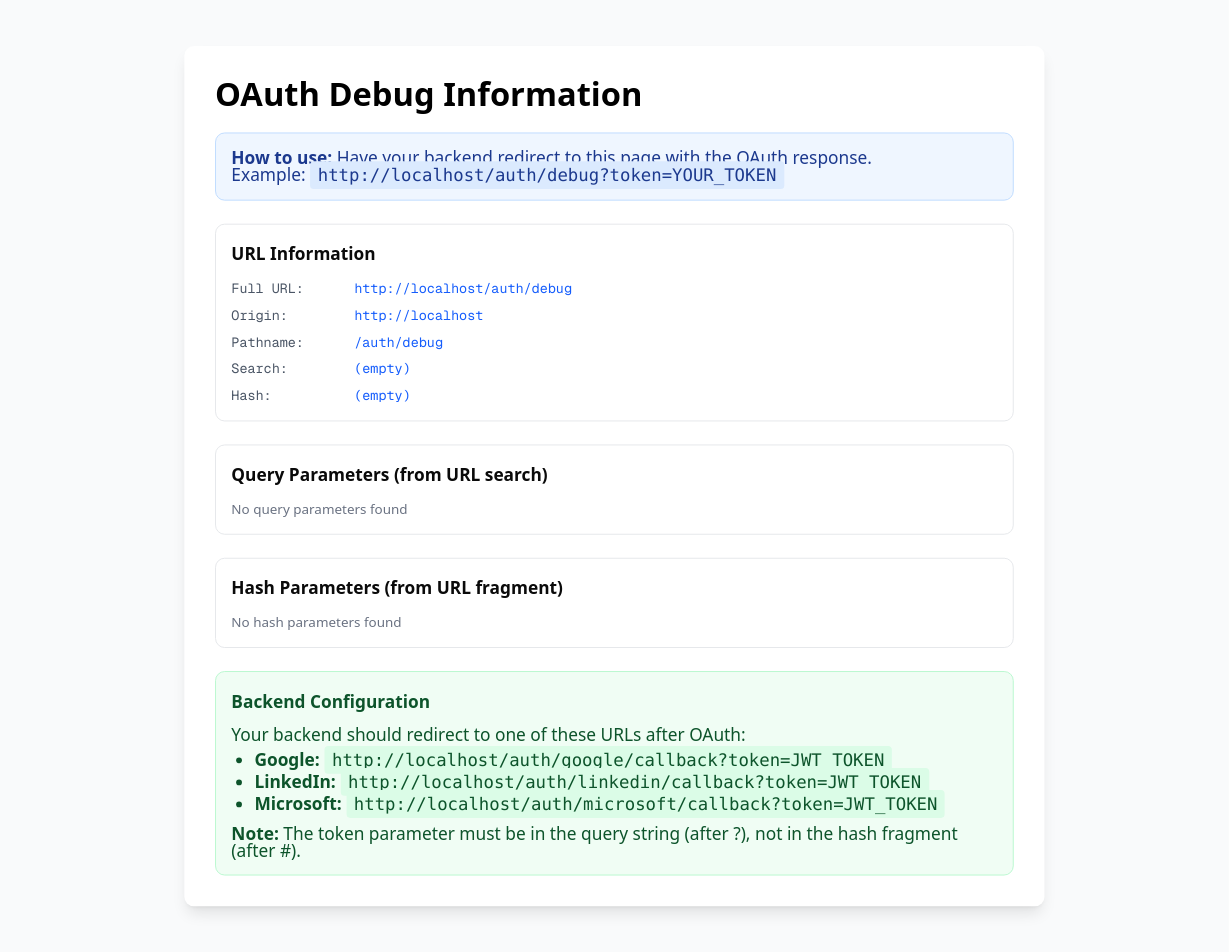
Repository: VeriTalent-Organization/VeriTalent
Page: /auth/debug
The author's editor kept a copy of each file at every save. The page is drawn from the files as they stood at one save, then again after the next save.
The browser window is 1280 px wide. The pictures show the whole page, at 96% of full size.
The project was rebuilt for these pictures with package versions that can differ from the ones it lists, and the page was loaded fresh each time. The framework's server and built-in components were replaced by stand-ins that run in the browser. Also part of the build but not shown: next.config.ts.

Above is the page before, as saved 2025-12-05 13:06:23.

### app/layout.tsx
import type { Metadata } from "next";
import { Geist, Geist_Mono } from "next/font/google";
import "./globals.css";

const geistSans = Geist({
  variable: "--font-geist-sans",
  subsets: ["latin"],
});

const geistMono = Geist_Mono({
  variable: "--font-geist-mono",
  subsets: ["latin"],
});

export const metadata: Metadata = {
  title: {
    default: "VeriTalent - AI-Powered Talent Screening & Verified Career Profiles",
    template: "%s | VeriTalent",
  },
  description:
    "VeriTalent helps employers hire faster, reduce bias, and select the right candidates with intelligent screening and AI-driven insights. Empower talents to showcase verified career profiles enriched with actionable growth intelligence.",
  keywords: "talent screening, AI hiring, reduce bias recruiting, verified profiles, career growth intelligence, employer tools",
  authors: [{ name: "VeriTalent" }],
  openGraph: {
    title: "VeriTalent - Intelligent Hiring & Talent Empowerment",
    description:
      "Hire faster with AI insights and empower talents with verified profiles.",
    type: "website",
    locale: "en_US",
    siteName: "VeriTalent",
  },
  twitter: {
    card: "summary_large_image",
    title: "VeriTalent",
    description:
      "AI-driven hiring and verified talent profiles for faster, fairer recruitment.",
  },
  robots: {
    index: true,
    follow: true,
  },
};

export default function RootLayout({
  children,
}: Readonly<{
  children: React.ReactNode;
}>) {
  return (
    <html lang="en">
      <head>
        {/* Essential for mobile responsiveness (SEO ranking factor) */}
        <meta name="viewport" content="width=device-width, initial-scale=1" />

        {/* Favicon (add your own files) */}
        <link rel="icon" href="/favicon.ico" />
        <link rel="apple-touch-icon" href="/apple-touch-icon.png" />

        {/* Optional: Canonical URL to avoid duplicates */}
        <link rel="canonical" href="https://www.veritalent.com" />
      </head>
      <body
        className={`${geistSans.variable} ${geistMono.variable} antialiased`}
        suppressHydrationWarning // Optional: Suppresses warnings from font loading
      >
        {/* Optional accessibility enhancement: Skip link (improves keyboard navigation & indirect SEO) */}
        <a href="#main-content" className="sr-only focus:not-sr-only">
          Skip to main content
        </a>

        {children}

        {/* If you have a main content wrapper in pages, id="main-content" there */}
      </body>
    </html>
  );
}

### app/auth/debug/page.tsx
'use client';

import { useSearchParams } from 'next/navigation';
import { Suspense } from 'react';
import { Text } from '@/components/reuseables/text';

export const dynamic = 'force-dynamic';

/**
 * OAuth Debug Page
 *
 * This page helps debug OAuth callback issues by showing all URL parameters
 * and fragments received. Use this to verify what the backend is sending.
 *
 * Access: /auth/debug
 */
function OAuthDebugContent() {
  const searchParams = useSearchParams();

  // Compute debug info directly during render - no effects needed
  const debugInfo = typeof window !== 'undefined' ? {
    fullUrl: window.location.href,
    origin: window.location.origin,
    pathname: window.location.pathname,
    search: window.location.search,
    hash: window.location.hash,
    searchParams: Object.fromEntries(searchParams.entries()),
    hashParams: Object.fromEntries(new URLSearchParams(window.location.hash.substring(1)).entries()),
  } : null;

  return (
    <div className="min-h-screen bg-gray-50 py-12 px-4">
      <div className="max-w-4xl mx-auto bg-white rounded-lg shadow-lg p-8">
        <Text variant="Heading" as="h1" className="mb-6 text-2xl">
          OAuth Debug Information
        </Text>

        <div className="space-y-6">
          {/* Instructions */}
          <div className="bg-blue-50 border border-blue-200 rounded-lg p-4">
            <Text variant="SubText" className="text-sm text-blue-900">
              <strong>How to use:</strong> Have your backend redirect to this page with the OAuth response.
              <br />
              Example: <code className="bg-blue-100 px-2 py-1 rounded">
                {typeof window !== 'undefined' ? window.location.origin : 'http://localhost:3000'}/auth/debug?token=YOUR_TOKEN
              </code>
            </Text>
          </div>

          {/* Debug Information */}
          {debugInfo && (
            <>
              <div className="border border-gray-200 rounded-lg p-4">
                <h3 className="font-semibold mb-3 text-lg">URL Information</h3>
                <div className="space-y-2 font-mono text-sm">
                  <div className="grid grid-cols-[120px_1fr] gap-2">
                    <span className="text-gray-600">Full URL:</span>
                    <span className="break-all text-blue-600">{debugInfo.fullUrl}</span>
                  </div>
                  <div className="grid grid-cols-[120px_1fr] gap-2">
                    <span className="text-gray-600">Origin:</span>
                    <span className="text-blue-600">{debugInfo.origin}</span>
                  </div>
                  <div className="grid grid-cols-[120px_1fr] gap-2">
                    <span className="text-gray-600">Pathname:</span>
                    <span className="text-blue-600">{debugInfo.pathname}</span>
                  </div>
                  <div className="grid grid-cols-[120px_1fr] gap-2">
                    <span className="text-gray-600">Search:</span>
                    <span className="text-blue-600">{debugInfo.search || '(empty)'}</span>
                  </div>
                  <div className="grid grid-cols-[120px_1fr] gap-2">
                    <span className="text-gray-600">Hash:</span>
                    <span className="text-blue-600">{debugInfo.hash || '(empty)'}</span>
                  </div>
                </div>
              </div>

              <div className="border border-gray-200 rounded-lg p-4">
                <h3 className="font-semibold mb-3 text-lg">Query Parameters (from URL search)</h3>
                {Object.keys(debugInfo.searchParams).length > 0 ? (
                  <div className="space-y-2 font-mono text-sm">
                    {Object.entries(debugInfo.searchParams).map(([key, value]) => (
                      <div key={key} className="grid grid-cols-[200px_1fr] gap-2">
                        <span className="text-gray-600">{key}:</span>
                        <span className="break-all text-green-600">{value}</span>
                      </div>
                    ))}
                  </div>
                ) : (
                  <p className="text-gray-500 text-sm">No query parameters found</p>
                )}
              </div>

              <div className="border border-gray-200 rounded-lg p-4">
                <h3 className="font-semibold mb-3 text-lg">Hash Parameters (from URL fragment)</h3>
                {Object.keys(debugInfo.hashParams).length > 0 ? (
                  <div className="space-y-2 font-mono text-sm">
                    {Object.entries(debugInfo.hashParams).map(([key, value]) => (
                      <div key={key} className="grid grid-cols-[200px_1fr] gap-2">
                        <span className="text-gray-600">{key}:</span>
                        <span className="break-all text-green-600">{value}</span>
                      </div>
                    ))}
                  </div>
                ) : (
                  <p className="text-gray-500 text-sm">No hash parameters found</p>
                )}
              </div>

              {/* Backend Configuration Guide */}
              <div className="bg-green-50 border border-green-200 rounded-lg p-4">
                <h3 className="font-semibold mb-3 text-lg text-green-900">Backend Configuration</h3>
                <Text variant="SubText" className="text-sm text-green-900 space-y-2">
                  <p>Your backend should redirect to one of these URLs after OAuth:</p>
                  <ul className="list-disc ml-6 space-y-1">
                    <li>
                      <strong>Google:</strong> <code className="bg-green-100 px-2 py-1 rounded">
                        {debugInfo.origin}/auth/google/callback?token=JWT_TOKEN
                      </code>
                    </li>
                    <li>
                      <strong>LinkedIn:</strong> <code className="bg-green-100 px-2 py-1 rounded">
                        {debugInfo.origin}/auth/linkedin/callback?token=JWT_TOKEN
                      </code>
                    </li>
                    <li>
                      <strong>Microsoft:</strong> <code className="bg-green-100 px-2 py-1 rounded">
                        {debugInfo.origin}/auth/microsoft/callback?token=JWT_TOKEN
                      </code>
                    </li>
                  </ul>
                  <p className="mt-3">
                    <strong>Note:</strong> The token parameter must be in the query string (after ?),
                    not in the hash fragment (after #).
                  </p>
                </Text>
              </div>
            </>
          )}
        </div>
      </div>
    </div>
  );
}
export default function OAuthDebugPage() {
  return (
    <Suspense fallback={
      <div className="min-h-screen bg-gray-50 flex items-center justify-center">
        <div className="text-center">
          <div className="animate-spin rounded-full h-12 w-12 border-b-2 border-brand-primary mx-auto"></div>
          <p className="mt-4 text-gray-600">Loading debug information...</p>
        </div>
      </div>
    }>
      <OAuthDebugContent />
    </Suspense>
  );
}

### app/globals.css
@import "tailwindcss";
@import "tw-animate-css";

@custom-variant dark (&:is(.dark *));

@theme{
  --color-primary: #28809A;
  --color-grey-shade: #D9D9D980;
  --color-green-shade:#DCFCE7;
  --color-ink-blue:#2563EB;
  --color-alert-red:#C22929;
  --color-shade-green:#0D9488;
  --color-sky-blue:#E6EDFF;
  --color-weird-orange:#EFBF04
}

@theme inline {
  --color-background: var(--background);
  --color-foreground: var(--foreground);
  --font-sans: var(--font-geist-sans);
  --font-mono: var(--font-geist-mono);
  --color-sidebar-ring: var(--sidebar-ring);
  --color-sidebar-border: var(--sidebar-border);
  --color-sidebar-accent-foreground: var(--sidebar-accent-foreground);
  --color-sidebar-accent: var(--sidebar-accent);
  --color-sidebar-primary-foreground: var(--sidebar-primary-foreground);
  --color-sidebar-primary: var(--sidebar-primary);
  --color-sidebar-foreground: var(--sidebar-foreground);
  --color-sidebar: var(--sidebar);
  --color-chart-5: var(--chart-5);
  --color-chart-4: var(--chart-4);
  --color-chart-3: var(--chart-3);
  --color-chart-2: var(--chart-2);
  --color-chart-1: var(--chart-1);
  --color-ring: var(--ring);
  --color-input: var(--input);
  --color-border: var(--border);
  --color-destructive: var(--destructive);
  --color-accent-foreground: var(--accent-foreground);
  --color-accent: var(--accent);
  --color-muted-foreground: var(--muted-foreground);
  --color-muted: var(--muted);
  --color-secondary-foreground: var(--secondary-foreground);
  --color-secondary: var(--secondary);
  --color-primary-foreground: var(--primary-foreground);
  --color-primary: var(--primary);
  --color-popover-foreground: var(--popover-foreground);
  --color-popover: var(--popover);
  --color-card-foreground: var(--card-foreground);
  --color-card: var(--card);
  --radius-sm: calc(var(--radius) - 4px);
  --radius-md: calc(var(--radius) - 2px);
  --radius-lg: var(--radius);
  --radius-xl: calc(var(--radius) + 4px);
}

:root {
  --radius: 0.625rem;
  --background: oklch(1 0 0);
  --foreground: oklch(0.145 0 0);
  --card: oklch(1 0 0);
  --card-foreground: oklch(0.145 0 0);
  --popover: oklch(1 0 0);
  --popover-foreground: oklch(0.145 0 0);
  --primary: oklch(0.205 0 0);
  --primary-foreground: oklch(0.985 0 0);
  --secondary: oklch(0.97 0 0);
  --secondary-foreground: oklch(0.205 0 0);
  --muted: oklch(0.97 0 0);
  --muted-foreground: oklch(0.556 0 0);
  --accent: oklch(0.97 0 0);
  --accent-foreground: oklch(0.205 0 0);
  --destructive: oklch(0.577 0.245 27.325);
  --border: oklch(0.922 0 0);
  --input: oklch(0.922 0 0);
  --ring: oklch(0.708 0 0);
  --chart-1: oklch(0.646 0.222 41.116);
  --chart-2: oklch(0.6 0.118 184.704);
  --chart-3: oklch(0.398 0.07 227.392);
  --chart-4: oklch(0.828 0.189 84.429);
  --chart-5: oklch(0.769 0.188 70.08);
  --sidebar: oklch(0.985 0 0);
  --sidebar-foreground: oklch(0.145 0 0);
  --sidebar-primary: oklch(0.205 0 0);
  --sidebar-primary-foreground: oklch(0.985 0 0);
  --sidebar-accent: oklch(0.97 0 0);
  --sidebar-accent-foreground: oklch(0.205 0 0);
  --sidebar-border: oklch(0.922 0 0);
  --sidebar-ring: oklch(0.708 0 0);
}

.dark {
  --background: oklch(0.145 0 0);
  --foreground: oklch(0.985 0 0);
  --card: oklch(0.205 0 0);
  --card-foreground: oklch(0.985 0 0);
  --popover: oklch(0.205 0 0);
  --popover-foreground: oklch(0.985 0 0);
  --primary: oklch(0.922 0 0);
  --primary-foreground: oklch(0.205 0 0);
  --secondary: oklch(0.269 0 0);
  --secondary-foreground: oklch(0.985 0 0);
  --muted: oklch(0.269 0 0);
  --muted-foreground: oklch(0.708 0 0);
  --accent: oklch(0.269 0 0);
  --accent-foreground: oklch(0.985 0 0);
  --destructive: oklch(0.704 0.191 22.216);
  --border: oklch(1 0 0 / 10%);
  --input: oklch(1 0 0 / 15%);
  --ring: oklch(0.556 0 0);
  --chart-1: oklch(0.488 0.243 264.376);
  --chart-2: oklch(0.696 0.17 162.48);
  --chart-3: oklch(0.769 0.188 70.08);
  --chart-4: oklch(0.627 0.265 303.9);
  --chart-5: oklch(0.645 0.246 16.439);
  --sidebar: oklch(0.205 0 0);
  --sidebar-foreground: oklch(0.985 0 0);
  --sidebar-primary: oklch(0.488 0.243 264.376);
  --sidebar-primary-foreground: oklch(0.985 0 0);
  --sidebar-accent: oklch(0.269 0 0);
  --sidebar-accent-foreground: oklch(0.985 0 0);
  --sidebar-border: oklch(1 0 0 / 10%);
  --sidebar-ring: oklch(0.556 0 0);
}

@layer base {
  * {
    @apply border-border outline-ring/50;
  }
  body {
    @apply bg-background text-foreground;
  }
}

### components/reuseables/text.tsx
import { TextConfigurations } from "@/lib/configs/text-configs";

type TextVariant = keyof typeof TextConfigurations;

interface TextProps {
  variant?: TextVariant;
  children: React.ReactNode;
  className?: string;
  color?: string;
  as?: "h1" | "h2" | "h3" | "h4" | "h5" | "h6" | "p" | "span" | "div";
  style?: React.CSSProperties;
}

// Reusable Text Component
export const Text: React.FC<TextProps> = ({
  variant = "RegularText",
  children,
  className = "",
  color,
  as: Component = "p",
  style = {},
}) => {
  const config = TextConfigurations[variant];

  // Determine the color to use
  const textColor =
    color || (config.color === "dynamic" ? undefined : config.color);

  // Build the style object
  const combinedStyle: React.CSSProperties = {
    fontSize: `${config.fontSize}px`,
    lineHeight: config.lineHeight,
    color: textColor,
    ...style,
  };

  // Combine class names
  const combinedClassName = `${config.fontWeight} ${className}`.trim();

  return (
    <Component style={combinedStyle} className={combinedClassName}>
      {children}
    </Component>
  );
};

### lib/configs/text-configs.ts
export const TextConfigurations = {
    Heading: {
        fontSize: 34,
        fontWeight:'font-bold',
        lineHeight:'100%',
        color:'#000000'
    },
    SubHeadings:{
          fontSize: 22,
        fontWeight:'font-bold',
        lineHeight:'100%',
        color:'#000000'
    },
    SubText:{
        fontSize:18.05,
        fontWeight:'font-[400]',
        lineHeight:'100%',
        color:'#000000/70'
    },
    RegularText:{
        fontSize:20.45,
        fontWeight:'font-semibold',
        lineHeight: '100%',
        color:'dynamic'
    }
}

After the next save:
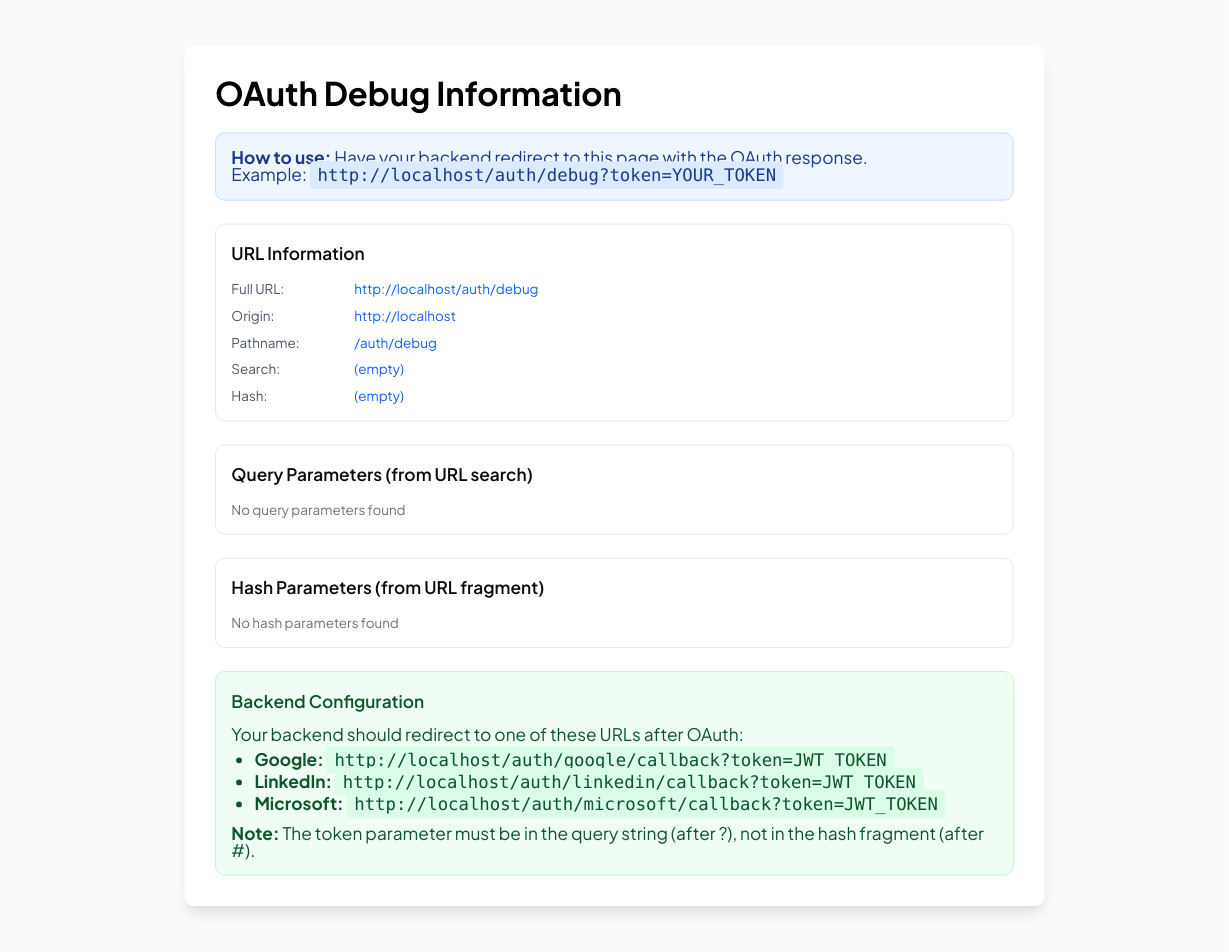
Saved 2 min 51 s later.
--- a/app/layout.tsx
+++ b/app/layout.tsx
@@ -1,16 +1,7 @@
 import type { Metadata } from "next";
-import { Geist, Geist_Mono } from "next/font/google";
+import { Plus_Jakarta_Sans } from "next/font/google";
 import "./globals.css";
 
-const geistSans = Geist({
-  variable: "--font-geist-sans",
-  subsets: ["latin"],
-});
-
-const geistMono = Geist_Mono({
-  variable: "--font-geist-mono",
-  subsets: ["latin"],
-});
 
 export const metadata: Metadata = {
   title: {
@@ -41,6 +32,14 @@
   },
 };
 
+const plus_jarkata_sans = Plus_Jakarta_Sans(
+  {
+    weight:['200',"300","400","500","600","700","800"],
+    style: "normal",
+    subsets:["latin"]
+  }
+)
+
 export default function RootLayout({
   children,
 }: Readonly<{
@@ -60,7 +59,7 @@
         <link rel="canonical" href="https://www.veritalent.com" />
       </head>
       <body
-        className={`${geistSans.variable} ${geistMono.variable} antialiased`}
+        className={`${plus_jarkata_sans.className} antialiased`}
         suppressHydrationWarning // Optional: Suppresses warnings from font loading
       >
         {/* Optional accessibility enhancement: Skip link (improves keyboard navigation & indirect SEO) */}
